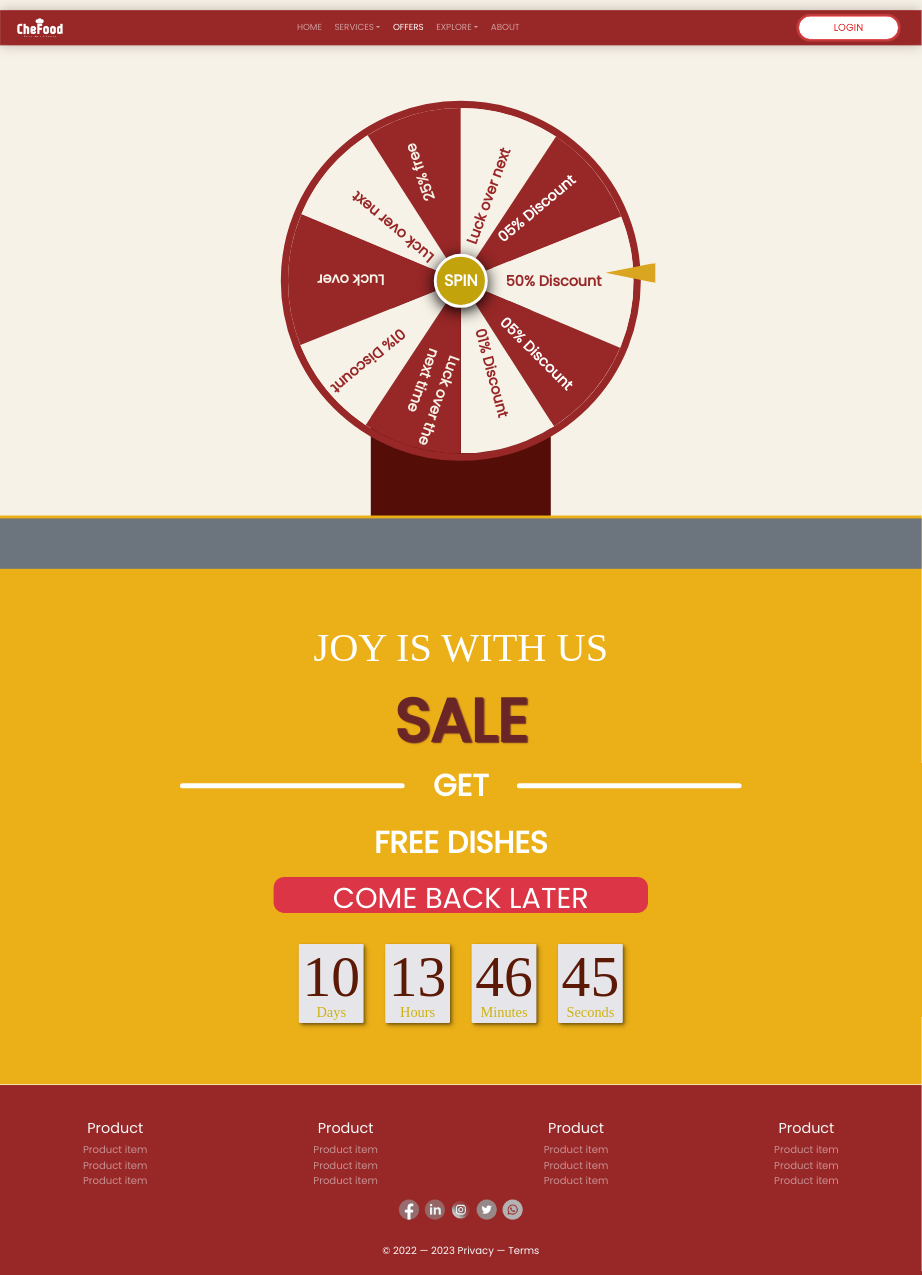
Repository: qamchamine/chefood
Page: /offers (app in front-end/)
These files come from the project's save history. The page is drawn as it stood at one moment and after the next save; the edit follows.
The browser window is 1280 px wide. The pictures show the whole page, at 72% of full size.
The project was rebuilt for these pictures with package versions that can differ from the ones it lists, and the page was loaded fresh each time. Some packages were replaced by stand-ins written for this rebuild. Also part of the build but not shown: front-end/src/components/small_components/ButtonMain.jsx, front-end/src/components/small_components/HomeCard.jsx, front-end/src/components/small_components/HomeCardFullSection.jsx, front-end/src/components/pages/Home.jsx, front-end/src/css/explore.css, front-end/src/components/pages/sub-pages/Gallery.jsx, front-end/src/components/pages/sub-pages/Delivery.jsx, front-end/src/components/small_components/ComponentToPrint.jsx and 28 more. Imported but missing from the stored project, and not drawn on this page: front-end/src/sounds/applause.mp3, front-end/src/sounds/wheel.mp3.

Above is the page before, as saved 2023-06-18 19:56:40.

After the next save:
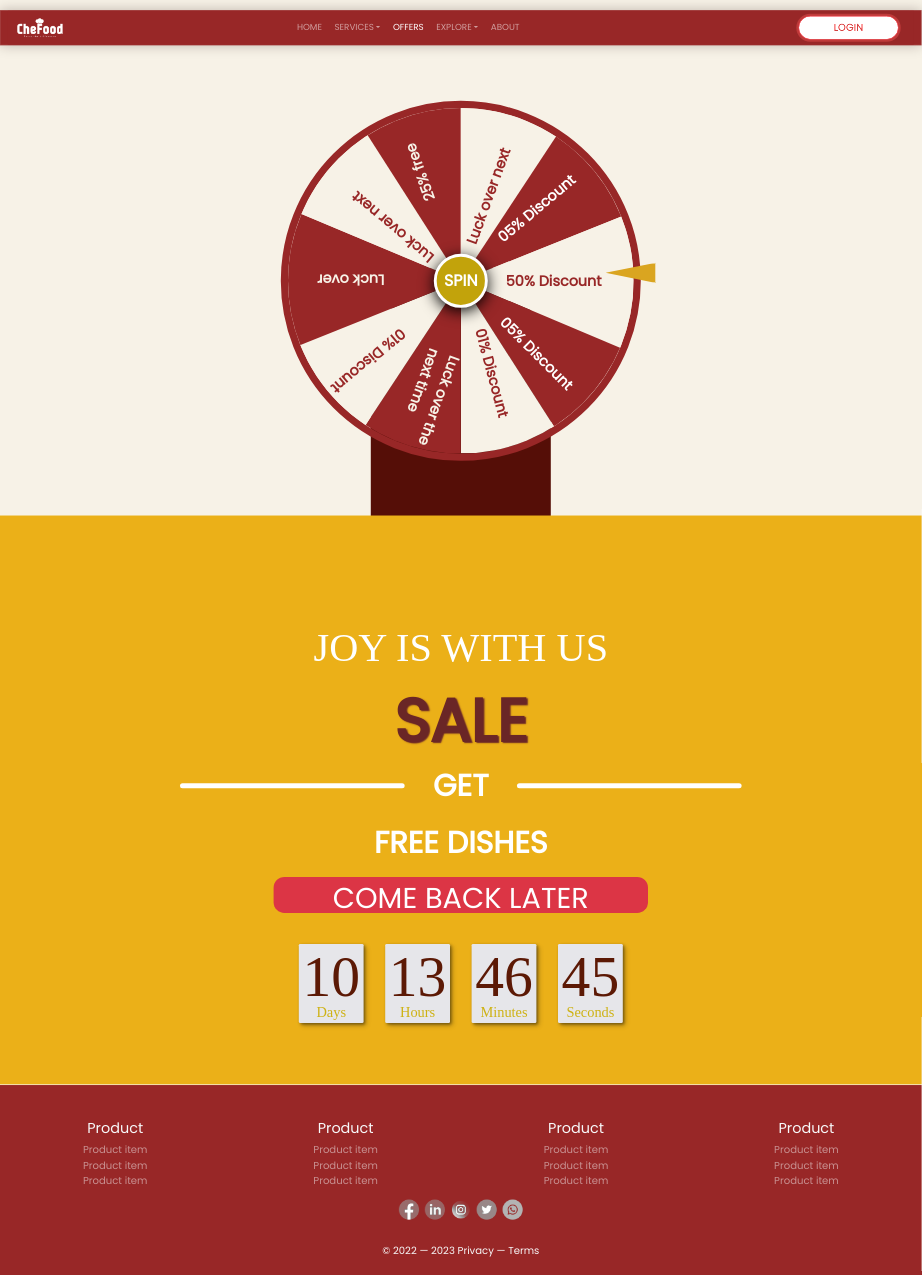
Saved 7 s later.
--- a/front-end/src/components/small_components/WheelSpin.jsx
+++ b/front-end/src/components/small_components/WheelSpin.jsx
@@ -188,7 +188,7 @@ useEffect(() => {
     <audio controls="controls" id="applause" src={applause} type="audio/mp3"></audio>
     <audio controls="controls" id="wheel" src={wheel} type="audio/mp3"></audio>
     <div className='spinBase'></div>
-<div className='bg-secondary w-100 position-absolute top-100' style={{height:'5em'}}>
+<div className=' w-100 position-absolute top-100' style={{height:'5em'}}>
 
 </div>
 
